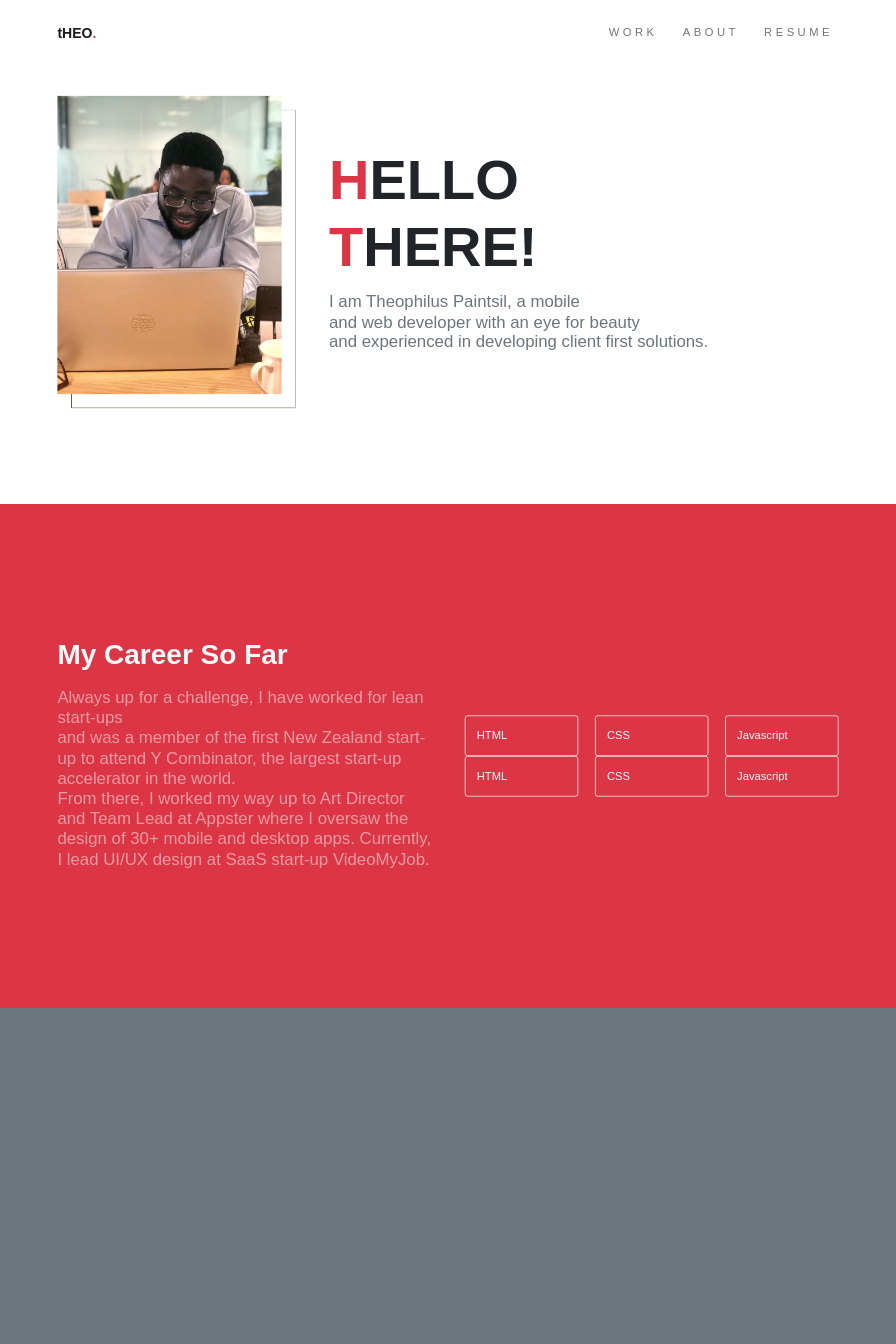
Repository: tHEO2k17/portfolio
Page: /
The author's editor kept a copy of each file at every save. The page is drawn from the files as they stood at one save, then again after the next save.
The browser window is 1280 px wide. The pictures show the part of the page from y = 0 to 1920 px (the page is 3000 px tall), at 70% of full size.
The project was rebuilt for these pictures with package versions that can differ from the ones it lists, and the page was loaded fresh each time.

Above is the page before, as saved 2021-07-22 11:06:29.

After the next save:
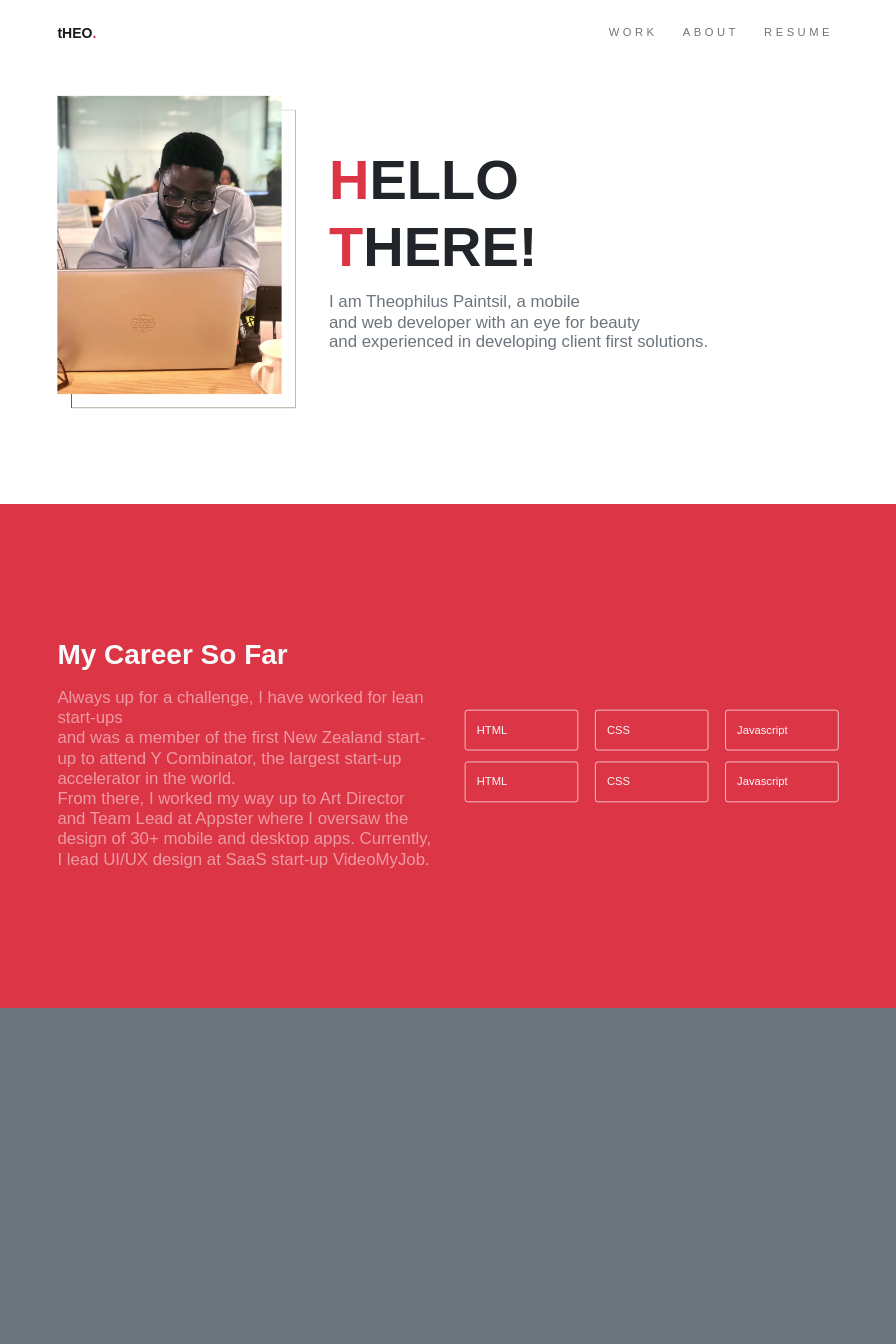
Saved 40 s later.
--- a/src/presentation/pages/HomePage.tsx
+++ b/src/presentation/pages/HomePage.tsx
@@ -55,7 +55,7 @@ export default function HomePage() {
                             </h4>
                         </Col>
                         <Col>
-                            <Row md="3">
+                            <Row md="3" className="gy-3">
                                 <Col>
                                     <Card border="light" bg="danger">
                                         <Card.Body>HTML</Card.Body>
